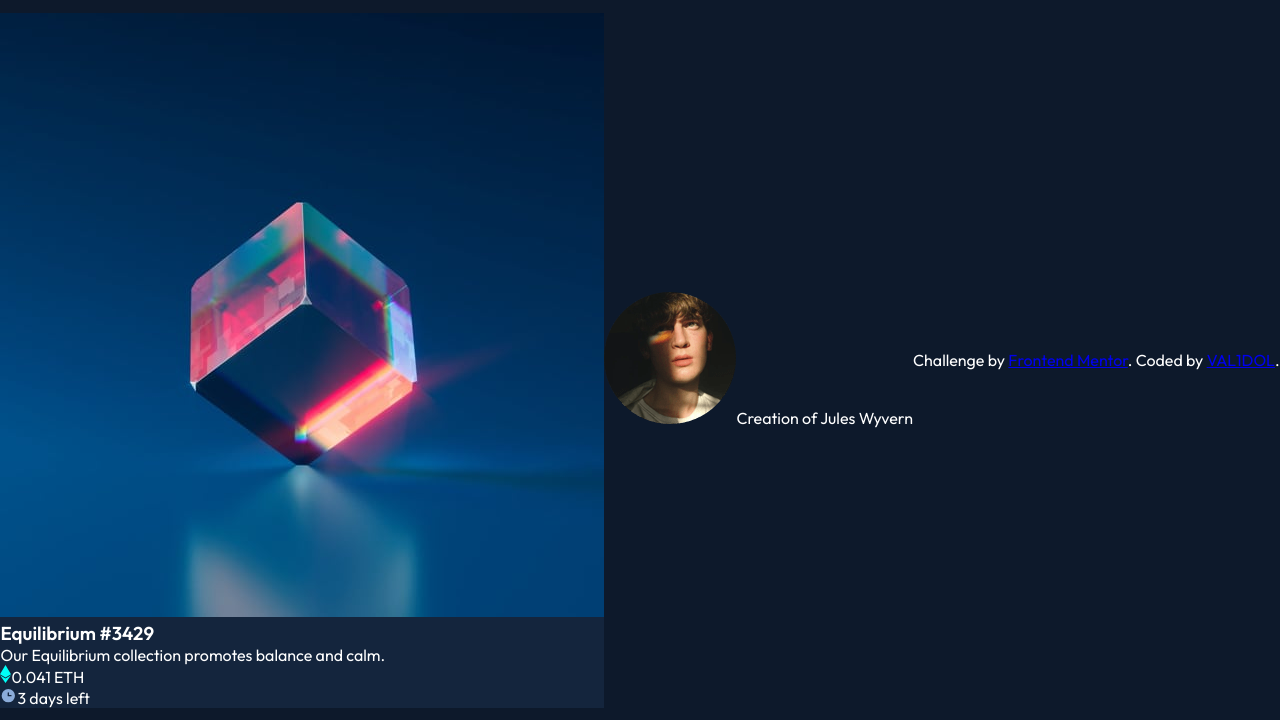
Repository: VAL1DOL-web/fm-NFT-preview-card-component
Page: index.html
The author's editor kept a copy of each file at every save. The page is drawn from the files as they stood at one save, then again after the next save.
The browser window is 1280 px wide. The pictures show the whole page.

Above is the page before, as saved 2024-01-07 15:33:36.

After the next save:
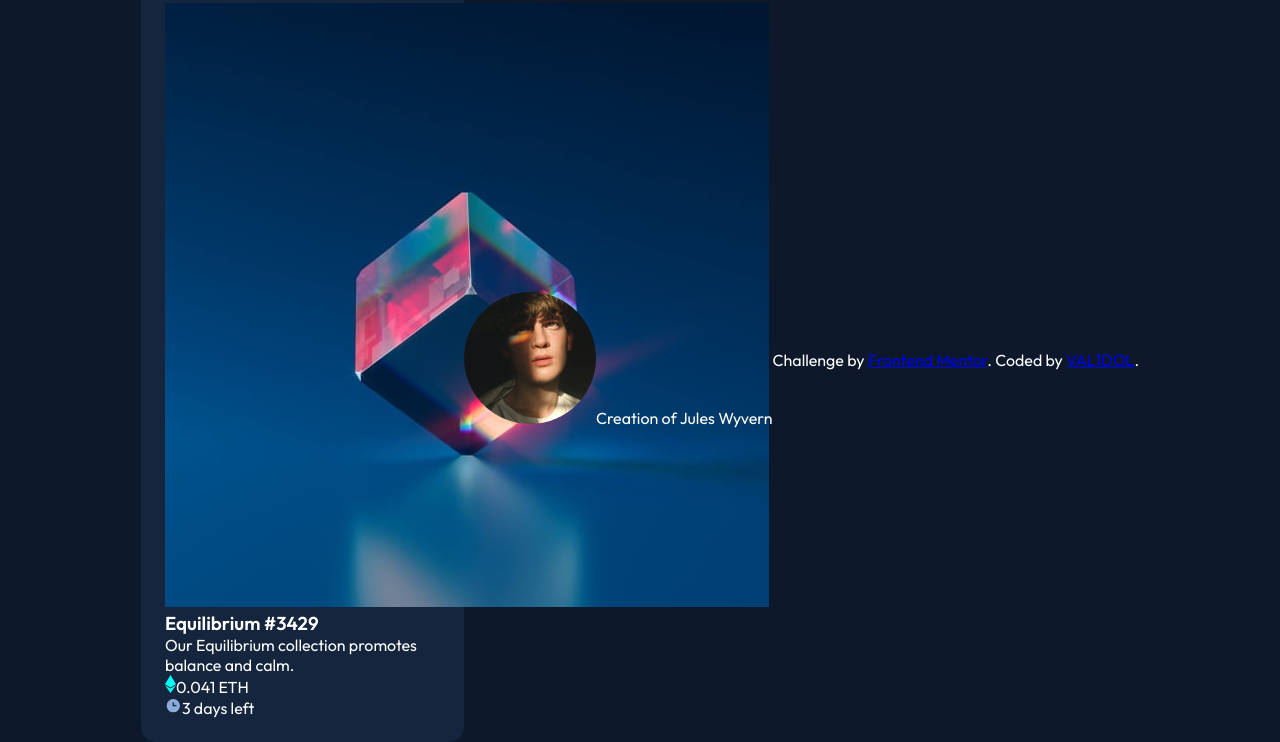
Saved 39 s later.
--- a/style.css
+++ b/style.css
@@ -16,4 +16,8 @@
   }
 .card {
     background-color:hsl(216, 50%, 16%);
+    border-radius:15px;
+    width: 275px;
+    padding: 1.5rem;
+
 }
